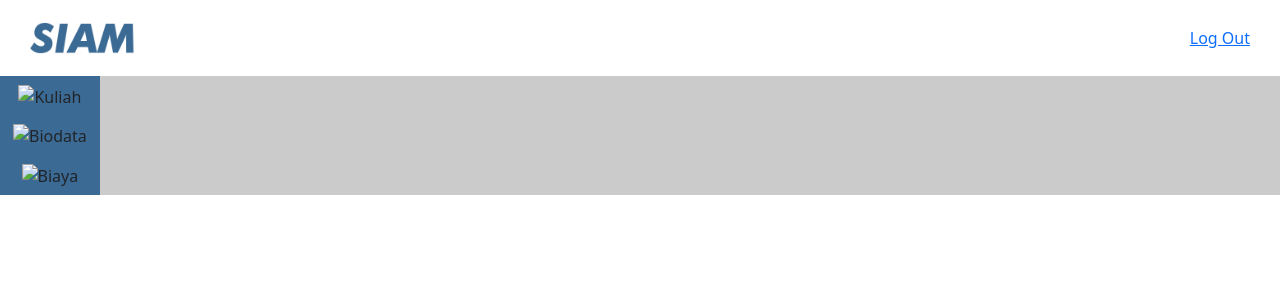
Repository: haikalirf/Project-IMK
Page: kuliah.html
An editor plug-in stored every save of this project. The page is shown before and after the next save, followed by the edit.
The browser window is 1280 px wide. The pictures show the whole page.

Above is the page before, as saved 2022-12-10 12:51:47.

### kuliah.html
<!DOCTYPE html>
<html lang="en">
<head>
	<meta charset="UTF-8">
	<meta http-equiv="X-UA-Compatible" content="IE=edge">
	<meta name="viewport" content="width=device-width, initial-scale=1.0">
	<title>SIAM</title>
	<link rel="icon" href="/assets/logo_ub.ico">
	<link rel="stylesheet" href="https://cdn.jsdelivr.net/npm/bootstrap@5.2.3/dist/css/bootstrap.min.css" integrity="sha384-rbsA2VBKQhggwzxH7pPCaAqO46MgnOM80zW1RWuH61DGLwZJEdK2Kadq2F9CUG65" crossorigin="anonymous">
	<link rel="stylesheet" href="/styles/kuliah.css">
</head>
<body>
	<nav class="navbar" id="navbar">
		<a class="navbar-brand" href="/kuliah.html">
			<img id="navbar-image" src="/assets/SIAM.png" alt="SIAM">
		</a>
		<a class="navbar-link" href="#">Log Out</a>
	</nav>
	<div id="content">
		<div id="sidebar">
			<a class="btn" href="">
				<img id="sidebar-kuliah" src="" alt="Kuliah">
			</a>
			<a class="btn" href="">
				<img id="sidebar-biodata" src="" alt="Biodata">
			</a>
			<a class="btn" href="">
				<img id="sidebar-biaya" src="" alt="Biaya">
			</a>
		</div>
		<main>

		</main>
	</div>
	<script src="https://cdn.jsdelivr.net/npm/bootstrap@5.2.3/dist/js/bootstrap.bundle.min.js" integrity="sha384-kenU1KFdBIe4zVF0s0G1M5b4hcpxyD9F7jL+jjXkk+Q2h455rYXK/7HAuoJl+0I4" crossorigin="anonymous"></script>
</body>
</html>

### styles/kuliah.css
*, *::before, *::after {
	box-sizing: border-box;
}

#navbar {
	display: flex;
	justify-content: space-between;
	margin: 0px 30px;
}

#navbar-image {
	height: 50px;
}

#content {
	display: flex;
}

#sidebar {
	background-color: #3b6a94;
	display: flex;
	flex-direction: column;
}

a img {
	color: ;
}

main {
	background-color: #cbcbcb;
	display: flex;
	flex-grow: 1;
}

After the next save:
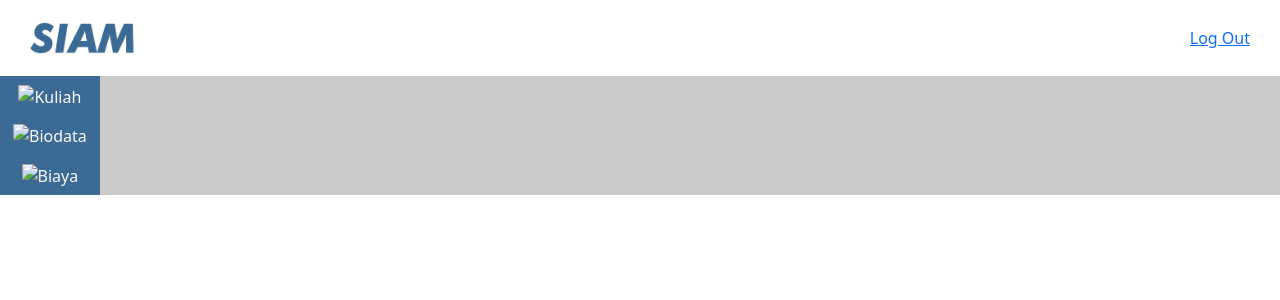
Saved 12 s later.
--- a/styles/kuliah.css
+++ b/styles/kuliah.css
@@ -23,7 +23,7 @@
 }
 
 a img {
-	color: ;
+	color: #f9f9f9;
 }
 
 main {
